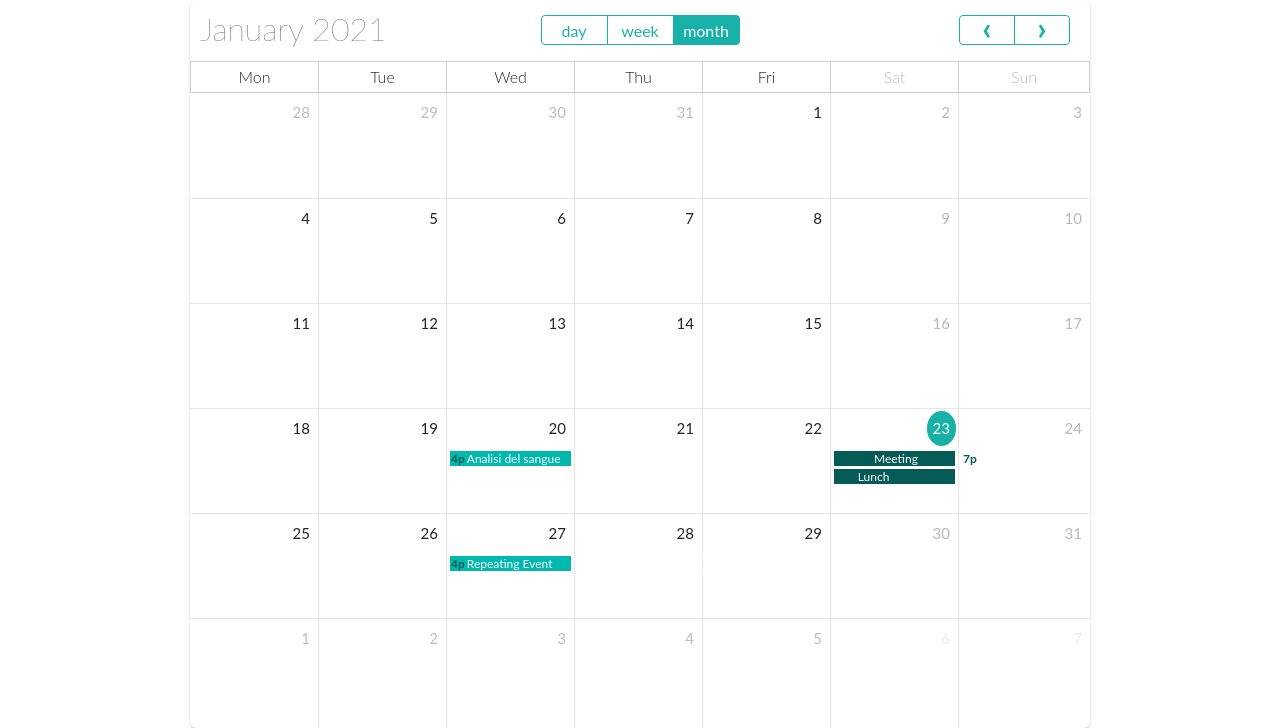
Repository: mohole/icare
Page: sviluppo/calendar/calendar.html
The author's editor kept a copy of each file at every save. The page is drawn from the files as they stood at one save, then again after the next save.
The browser window is 1280 px wide. The pictures show the whole page.

Above is the page before, as saved 2021-01-25 09:38:42.

After the next save:
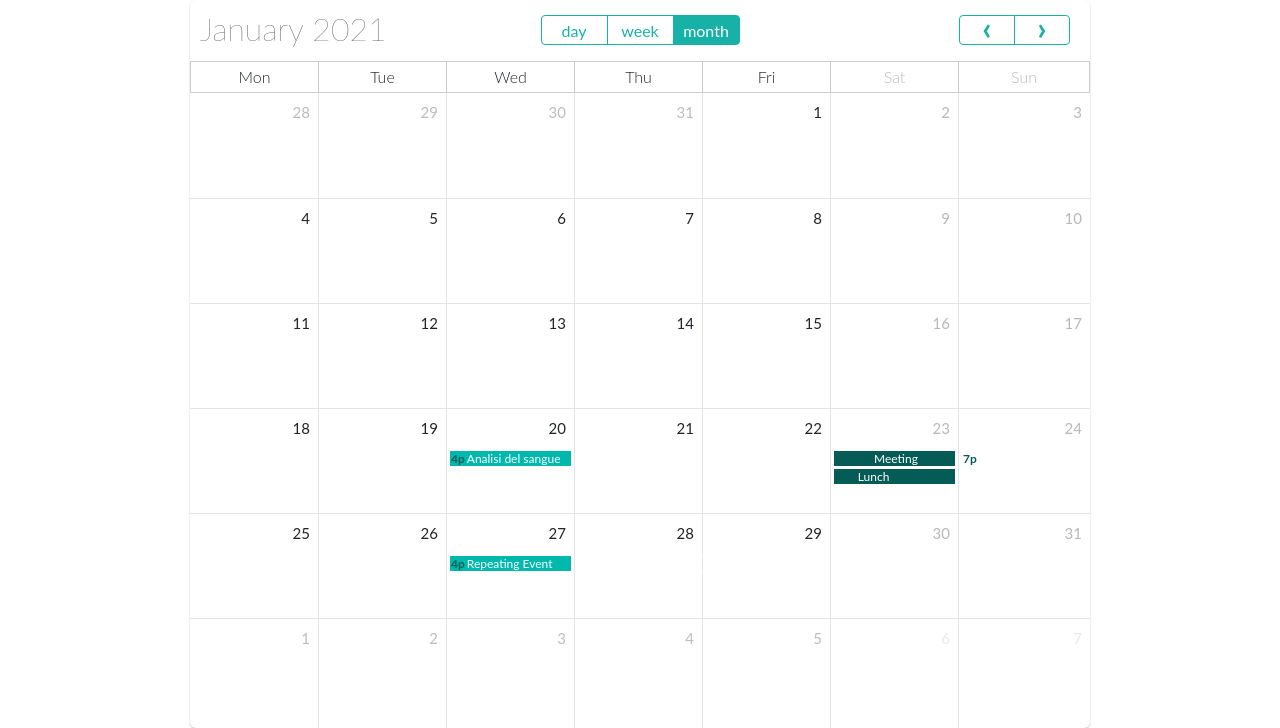
Saved 10 s later.
--- a/sviluppo/calendar/css/fullcalendar.css
+++ b/sviluppo/calendar/css/fullcalendar.css
@@ -133,18 +133,6 @@
 }
 
 
-.fc-state-highlight > div > div.fc-day-number{
-    background-color: var(--first-color);
-    color: #FFFFFF;
-    border-radius: 50%;
-    margin: 4px;
-}
-
-.fc-cell-overlay { /* semi-transparent rectangle while dragging */
-	background-color: var(--first-color);
-	opacity: .3;
-	filter: alpha(opacity=30); /* for IE */
-	}
 
 
 
